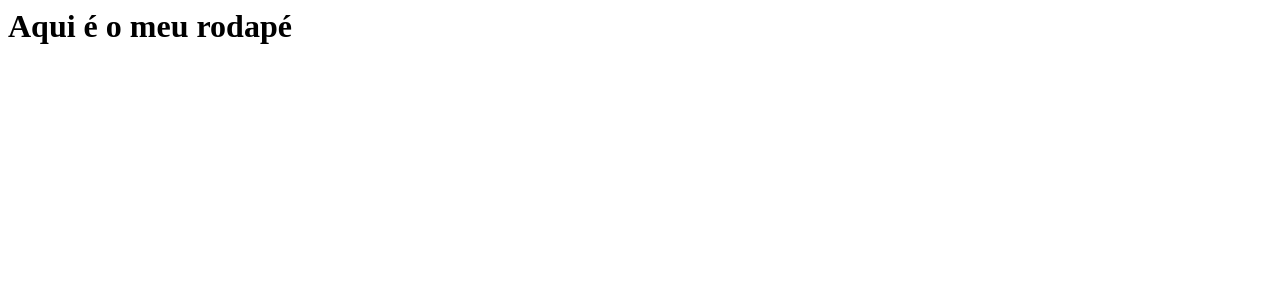
Repository: formatech2018/BRUNNO-S-FILMES
Page: sistema.filmes/src/main/webapp/resources/html/footer.html
The author's editor kept a copy of each file at every save. The page is drawn from the files as they stood at one save, then again after the next save.
The browser window is 1280 px wide. The pictures show the whole page.

Above is the page before, as saved 2018-08-03 22:53:27.

### sistema.filmes/src/main/webapp/resources/html/footer.html
<h1>Aqui é o meu rodapé</h1>
</div>
</html>

After the next save:
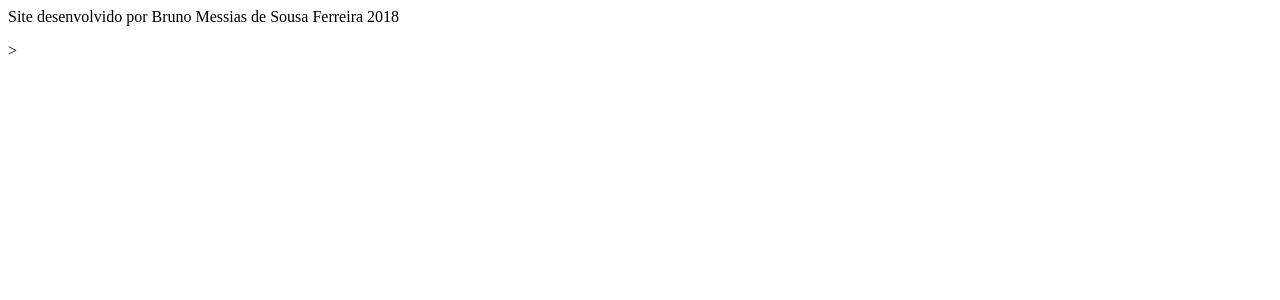
Saved 2 min 6 s later.
--- a/sistema.filmes/src/main/webapp/resources/html/footer.html
+++ b/sistema.filmes/src/main/webapp/resources/html/footer.html
@@ -1,3 +1,3 @@
-<h1>Aqui é o meu rodapé</h1>
+<div><p>Site desenvolvido por Bruno Messias de Sousa Ferreira 2018</p>></div>
 </div>
 </html>
